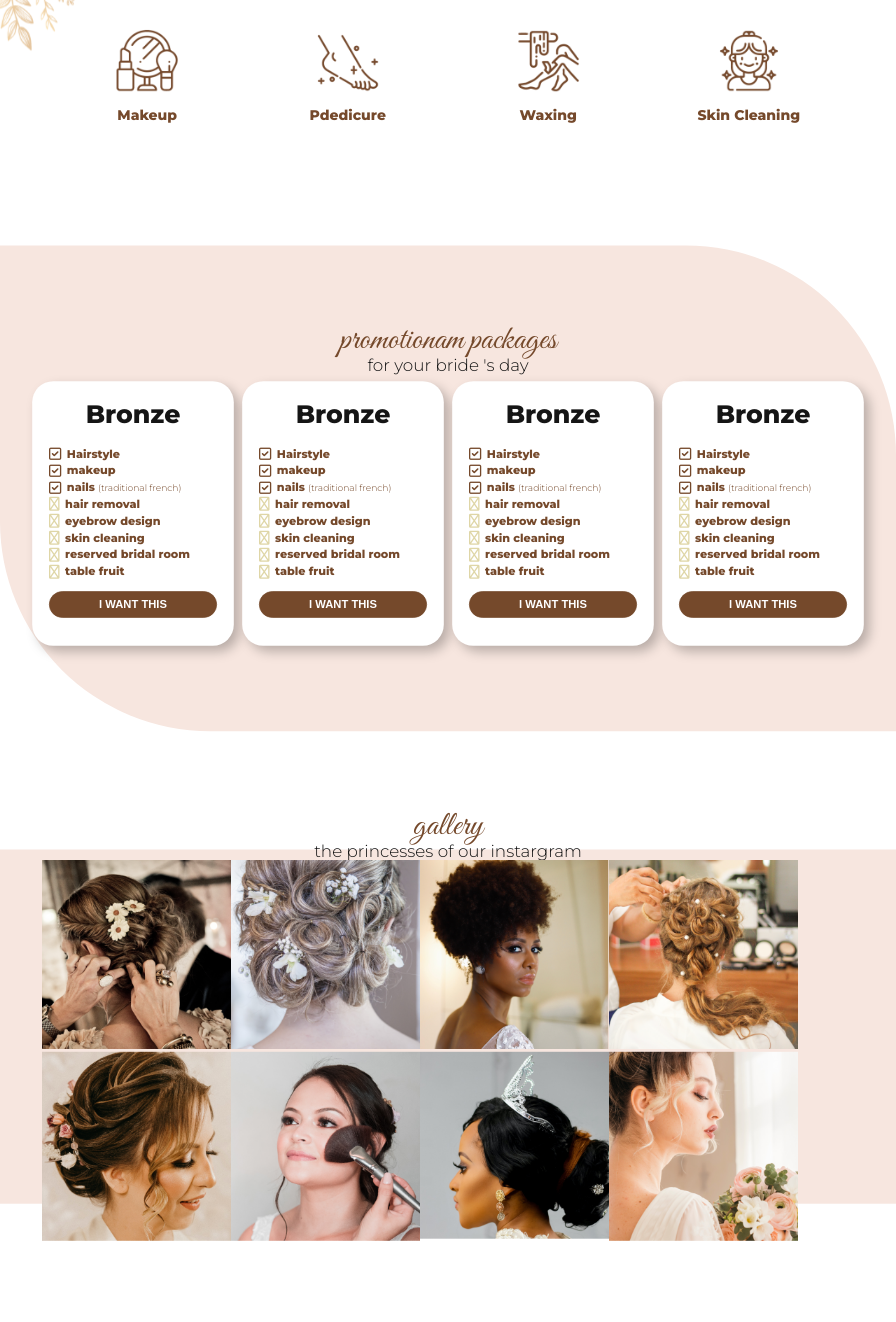
Repository: TuanHuflit2k1/clone-web01
Page: index.html
These files come from the project's save history. The page is drawn as it stood at one moment and after a run of saves; the edit follows.
The browser window is 1280 px wide. The pictures show the part of the page from y = 1892 to 3812 px (the page is 3780 px tall before and 3812 px after), at 70% of full size.
Some web libraries are served in a nearby version.

Above is the page before, as saved 2022-04-28 12:48:16.

After the next 5 saves:
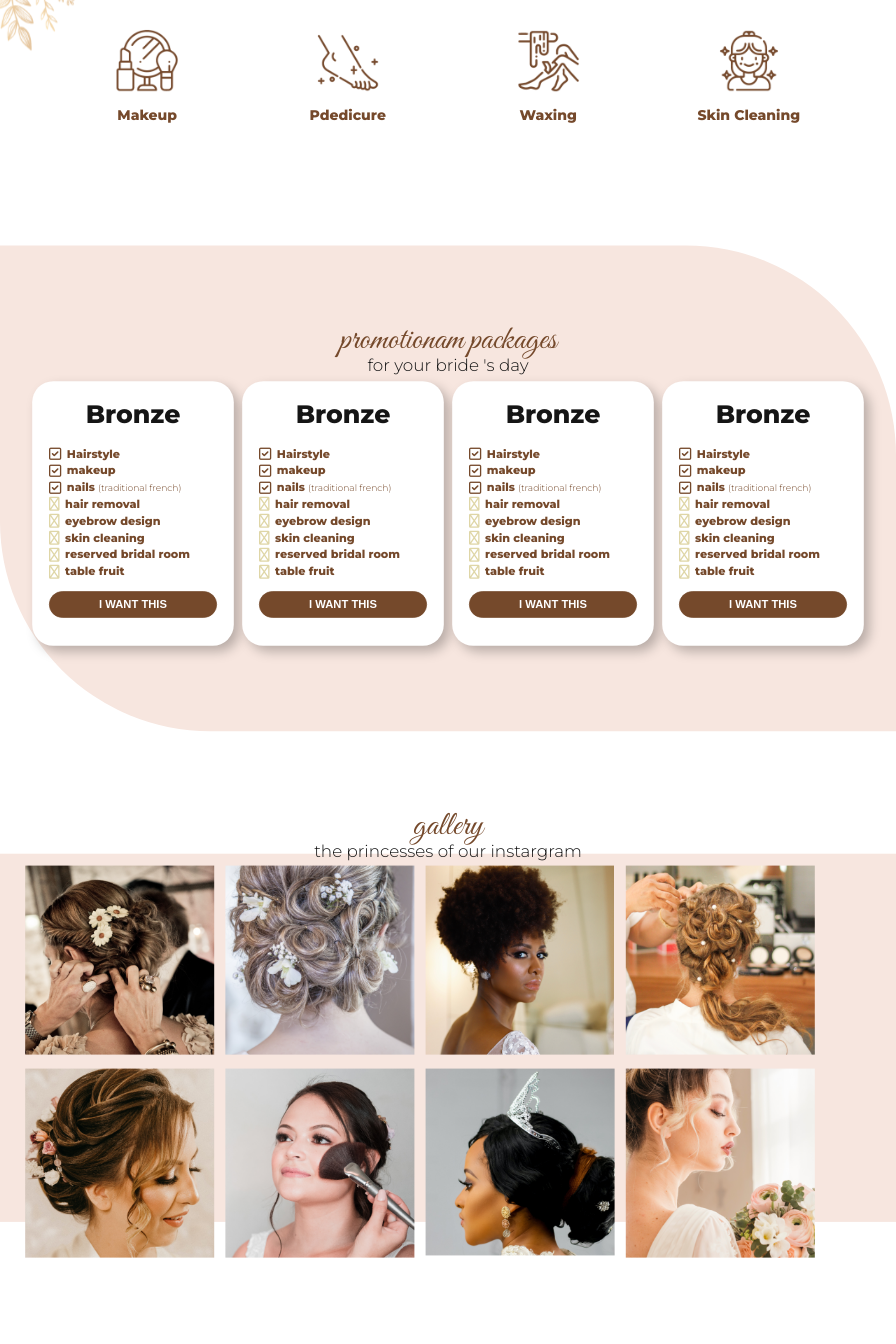
The 5 saves are shown as one change because they came seconds apart.
The last was saved 12 s later.
--- a/style.css
+++ b/style.css
@@ -433,7 +433,8 @@ body {
   position: relative;
 }
 .gallery-img img {
-    mar
+    margin: 0.5rem;
+    filter: ;
 }
 
 @media (max-width: 920px) {
